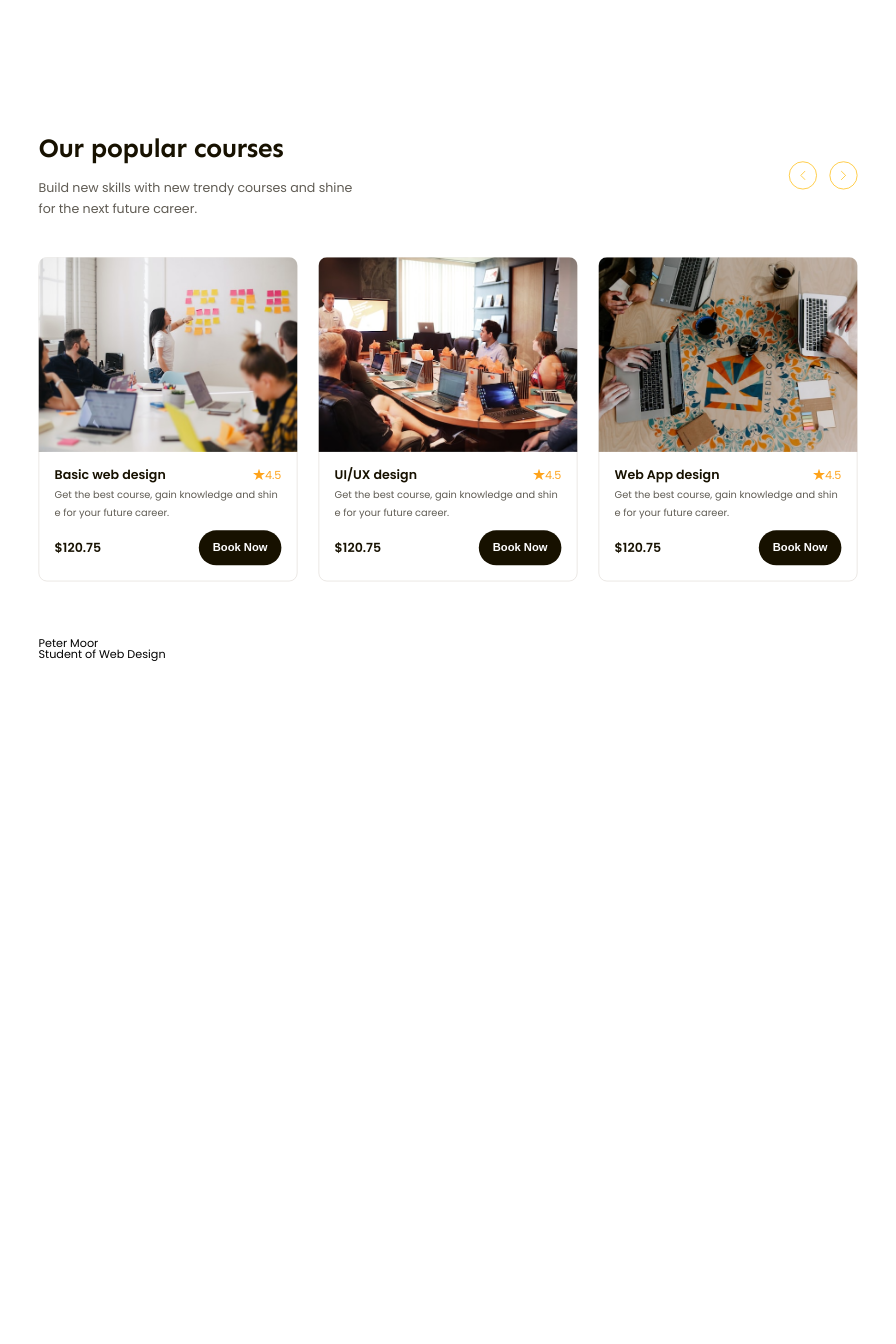
Repository: ynguyen1512/htmlcss-project-02
Page: index.html
These files come from the project's save history. The page is drawn as it stood at one moment and after the next save; the edit follows.
The browser window is 1280 px wide. The pictures show the part of the page from y = 911 to 2831 px (the page is 5000 px tall), at 70% of full size.
A picture or video elsewhere on the page could not be fetched, so the positions and the page height are approximate.

Above is the page before, as saved 2023-03-08 22:26:19.

After the next save:
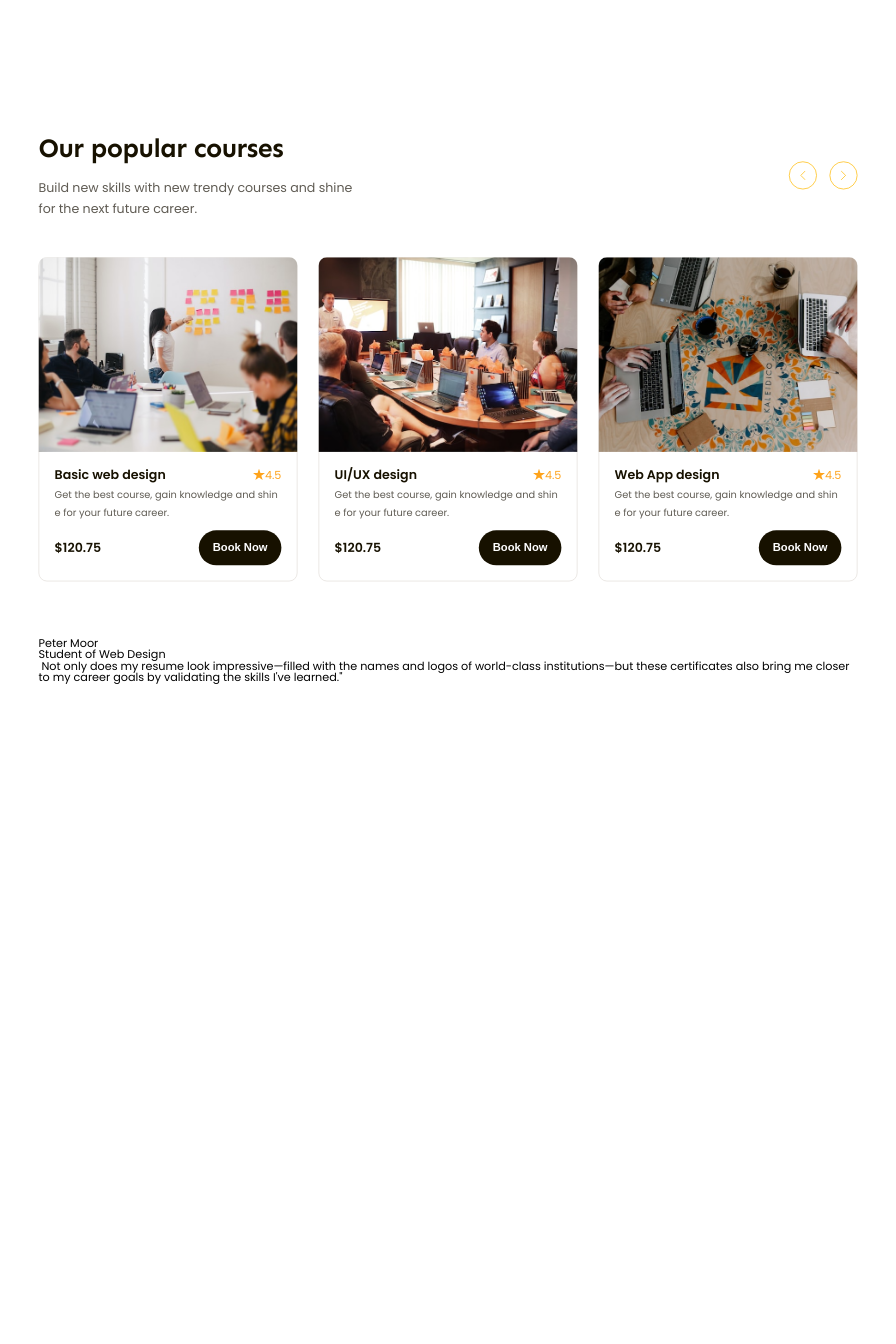
Saved 12 s later.
--- a/index.html
+++ b/index.html
@@ -298,7 +298,9 @@
                         <!-- right side -->
                         <div class="content">
                             <img src="" alt="" class="open-quotes">
-                            <block-quotes></block-quotes>
+                            <block-quotes>
+                                Not only does my resume look impressive—filled with the names and logos of world-class institutions—but these certificates also bring me closer to my career goals by validating the skills I've learned."
+                            </block-quotes>
                         </div>
                     </div>
                 </div>
